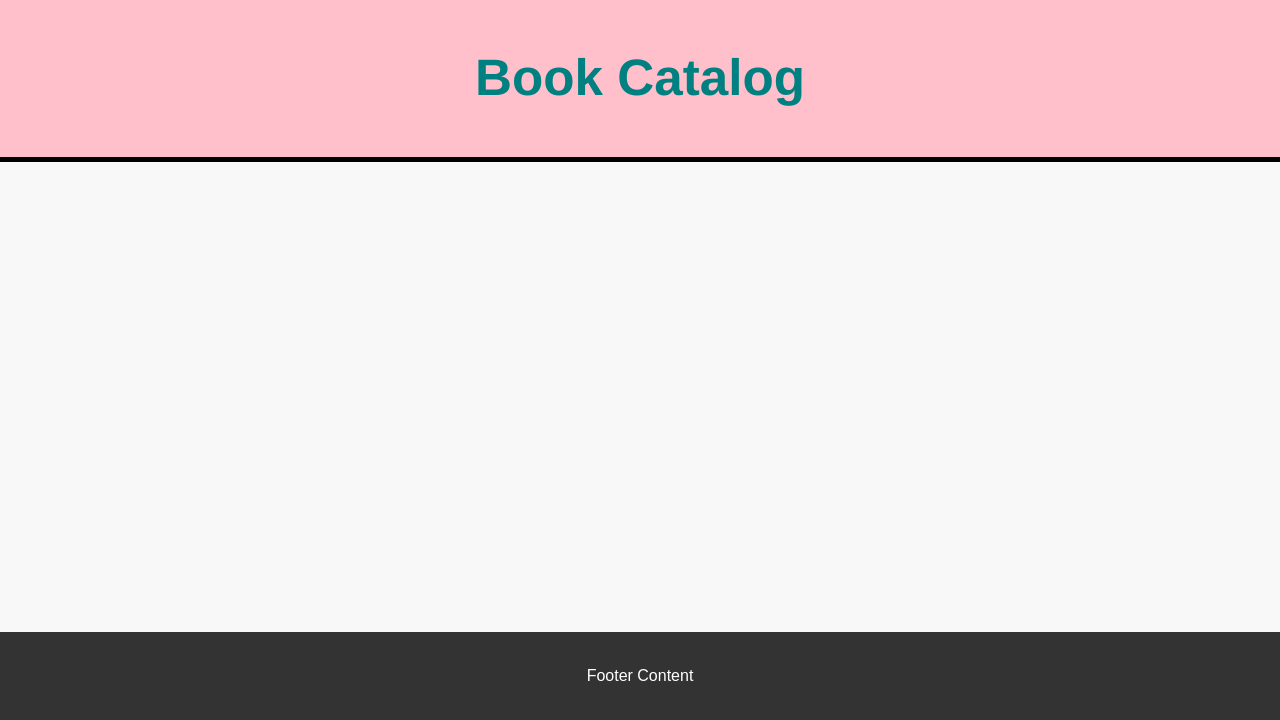
Repository: primcharlin/COMP3170_Lab_Assignment_Components
Page: /
An editor plug-in stored every save of this project. The page is shown before and after the next save, followed by the edit.
The browser window is 1280 px wide. The pictures show the whole page.
The page's requests for data from a server got no answer. The project was rebuilt for these pictures with package versions that can differ from the ones it lists, and the page was loaded fresh each time. No one was signed in, and anything a server would have sent is missing. Also part of the build but not shown: vite.config.js.

Above is the page before, as saved 2025-09-12 03:08:17.

### index.html
<!DOCTYPE html>
<html lang="en">
    <head>
        <meta charset="UTF-8" />
        <link
            rel="icon"
            type="image/svg+xml"
            href="/vite.svg" />
        <meta
            name="viewport"
            content="width=device-width, initial-scale=1.0" />
        <title>Book Catalog</title>
    </head>
    <body>
        <div id="root"></div>
        <script
            type="module"
            src="/src/main.jsx"></script>
    </body>
</html>

### src/App.jsx
// import { useState } from "react";
// import "./App.css";

// function App() {
//     const [count, setCount] = useState(0);
//     return (
//         <>
//             <div class='app-header'>
//                 <h1>Book Catalog</h1>
//             </div>

// <div class="content">
//       <div class="btn-plus">::after</div>
//       <div class="book">
//         <div class="image">
//           <img src="https://itbook.store/img/books/9781912047420.png" alt="Book Cover" />
//         </div>
//       </div>
// </div>

// <div class="footer">
//     <p>Footer Content</p>
// </div>

//         </>
//     );
// }

// export default App;

import { useEffect, useState } from "react";
import "./App.css";

export default function App() {
    const [books, setBooks] = useState([]);

    useEffect(() => {
        async function fetchBooks() {
            try {
                const res = await fetch(
                    "https://api.itbook.store/1.0/search/react"
                );
                const json = await res.json();
                setBooks(json.books.slice(0, 2)); // เอาแค่ 2 เล่ม
            } catch (e) {
                console.error(e);
            }
        }
        fetchBooks();
    }, []);

    return (
        <div className='app'>
            <header className='app-header'>
                <h1>Book Catalog</h1>
            </header>

            <div className='content'>
                {books.length === 0 ? (
                    <p>Loading…</p>
                ) : (
                    <div className='grid'>
                        {books.map((b, index) => (
                            <div
                                key={b.isbn13}
                                className={`book ${
                                    index === 0 ? "featured" : "normal"
                                }`}>
                                <div className='image'>
                                    <img
                                        src={b.image}
                                        alt={b.title}
                                    />
                                </div>
                                <div className='meta'>
                                    <h3 className='title'>{b.title}</h3>
                                    {b.subtitle && (
                                        <p className='subtitle'>{b.subtitle}</p>
                                    )}
                                    <p className='price'>{b.price}</p>
                                </div>
                            </div>
                        ))}
                    </div>
                )}
            </div>

            <footer className='footer'>
                <p>Footer Content</p>
            </footer>
        </div>
    );
}

### src/App.css
/* * {
    box-sizing: border-box;
}

div {
    display: block;
    unicode-bidi: isolate;
}

.app-header {
    position: fixed;
    top: 0;
    left: 0;
    width: 100vw;
    z-index: 1000;
    padding: 1em;
    color: teal;
    background: pink;
    border-bottom: 5px solid black;
    box-sizing: border-box;
    text-align: center;
    font-family: Helvetica, sans-serif;
}

h1 {
    display: block;
    font-size: 2em;
    margin-block-start: 0.67em;
    margin-block-end: 0.67em;
    margin-inline-start: 0px;
    margin-inline-end: 0px;
    font-weight: bold;
    unicode-bidi: isolate;
}

.book .image img {
    width: 100%;
}

img {
    overflow-clip-margin: content-box;
    overflow: clip;
} */

/* Layout basics */
/* App.css */

.app {
    font-family: Arial, sans-serif;
    background: #f8f8f8;
    min-height: 100vh;
    display: flex;
    flex-direction: column;
}

.app-header {
    position: fixed;
    top: 0;
    left: 0;
    width: 100vw;
    z-index: 1000;
    padding: 1em;
    color: teal;
    background: pink;
    border-bottom: 5px solid black;
    box-sizing: border-box;
    text-align: center;
    font-family: Helvetica, sans-serif;
}

.content {
    width: 100vw;
    flex: 1;
    display: grid;
    grid-template-columns: 1fr 1fr;
    gap: 2rem;
    padding-top: 90px; /* Adjust to match header height */
    padding-left: 0;
    padding-right: 0;
    padding-bottom: 2em;
    box-sizing: border-box;
}

.grid {
    display: grid;
    grid-template-columns: 1fr 1fr; /* 2 คอลัมน์เต็มหน้าจอ */
    gap: 2rem;
    width: 100%;
}

.book {
    background: white;
    border-radius: 10px;
    overflow: hidden;
    box-shadow: 0 4px 10px rgba(0, 0, 0, 0.1);
    display: flex;
    flex-direction: column;
    transition: transform 0.2s ease;

    position: relative;
    width: 200px;
    height: 300px;
    padding: 0.4rem;
    border: 1px solid #3a4660;
}
.book:hover {
    transform: translateY(-4px);
}

/* Featured book = layout สองคอลัมน์ (รูปใหญ่ + รายละเอียด) */
.book.featured {
    display: grid;
    grid-template-columns: 1fr 2fr;
    align-items: center;
    padding: 1rem;
}

.book.featured .image img {
    width: 100%;
    height: auto;
    border-radius: 6px;
}

.book.normal .image img {
    width: 100%;
    height: auto;
    object-fit: cover;
}

.meta {
    padding: 1rem;
}

.title {
    margin: 0 0 0.5rem;
    font-size: 1.4rem;
    font-weight: bold;
    color: #222;
}

.subtitle {
    font-size: 1rem;
    color: #555;
    margin-bottom: 0.5rem;
}

.price {
    font-weight: bold;
    color: #008000;
}

.footer {
    background: #333;
    color: white;
    text-align: center;
    padding: 1rem;
}

Loaded but not shown: src/main.jsx (common file); src/index.css (common file)

After the next save:
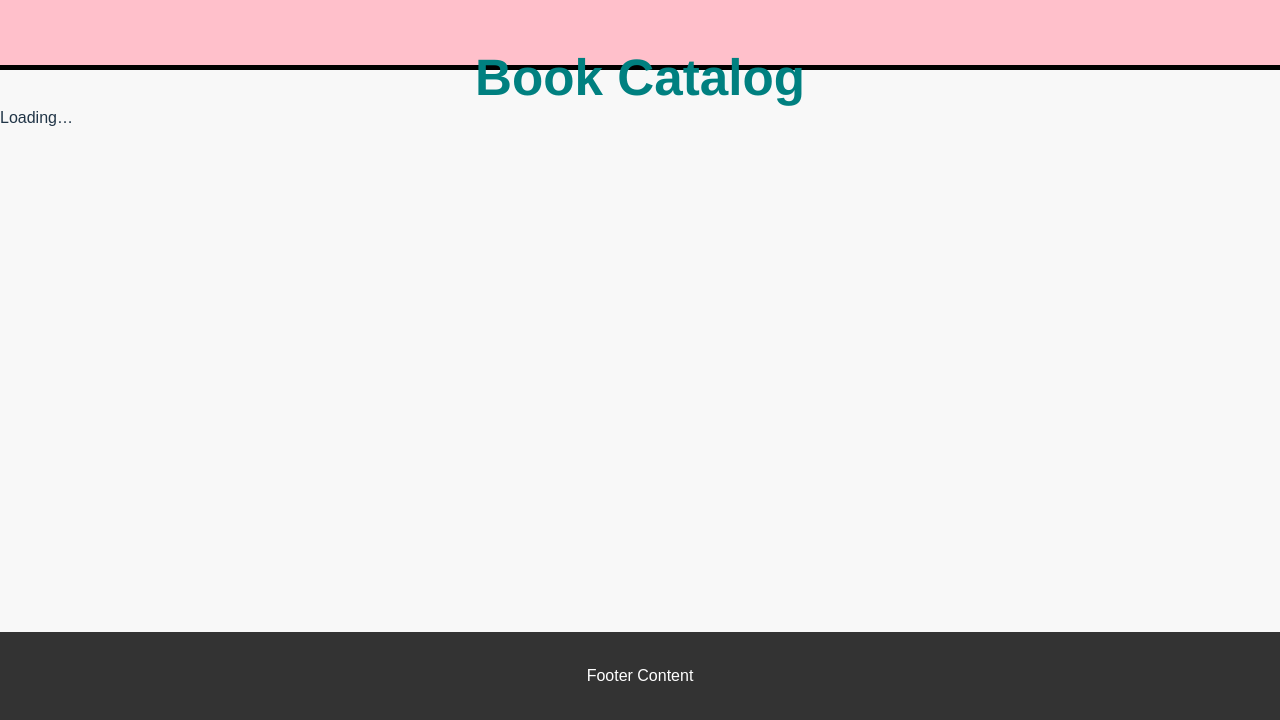
Saved 99 s later.
--- a/src/App.css
+++ b/src/App.css
@@ -58,6 +58,7 @@ img {
     top: 0;
     left: 0;
     width: 100vw;
+    height: 70px;
     z-index: 1000;
     padding: 1em;
     color: teal;
